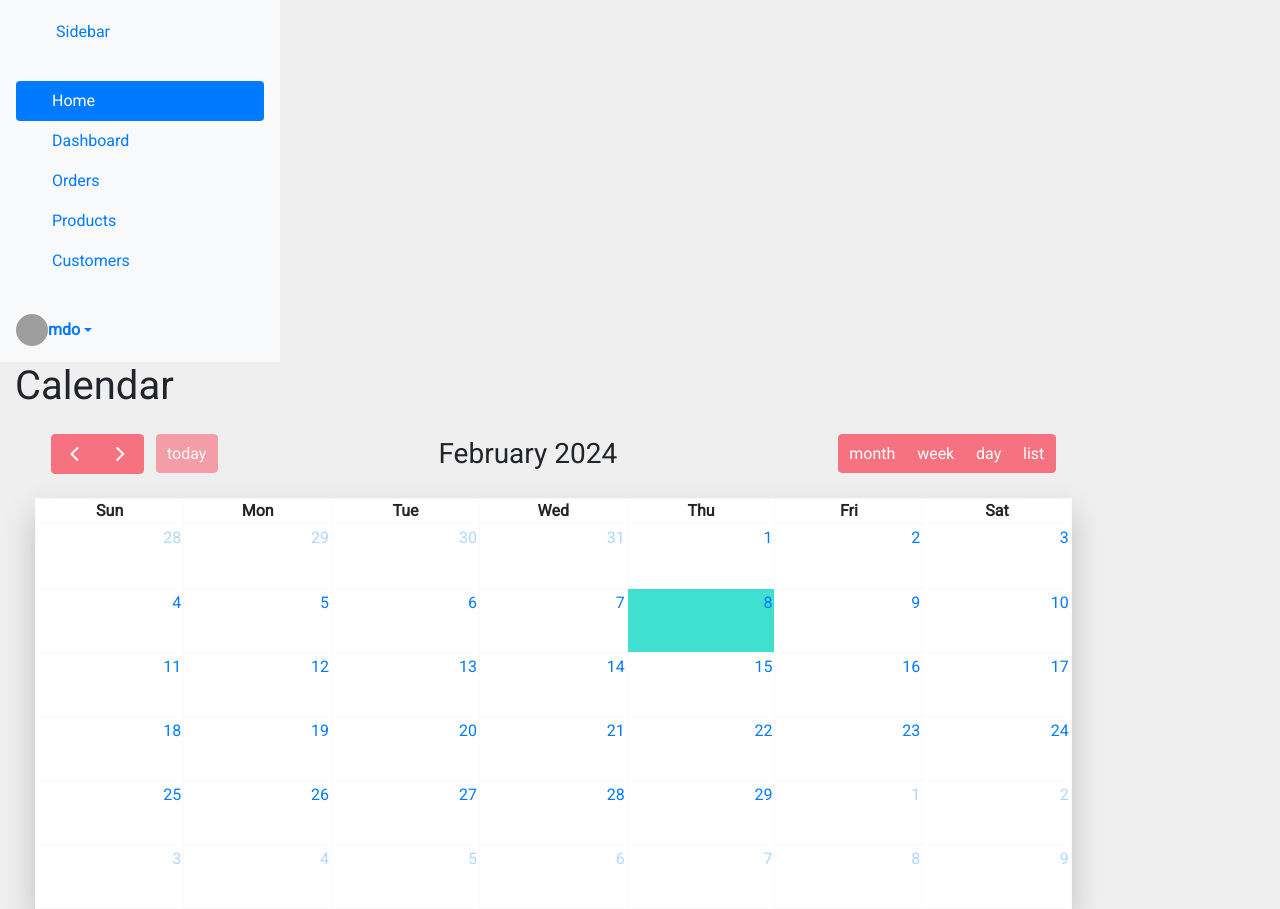
Repository: marios-petrov/NuPath
Page: softwareengineering1/calendarapp/templates/dataTest.html
The author's editor kept a copy of each file at every save. The page is drawn from the files as they stood at one save, then again after the next save.
The browser window is 1280 px wide. The pictures show the whole page.
Pictures or frames that could not be fetched are drawn as grey boxes. The template is drawn by Django 5.2. The application's start-up code is not run. The template is opened directly, without the code that normally fills it, so the values that code supplies are empty.

Above is the page before, as saved 2024-02-21 19:37:49.

After the next save:
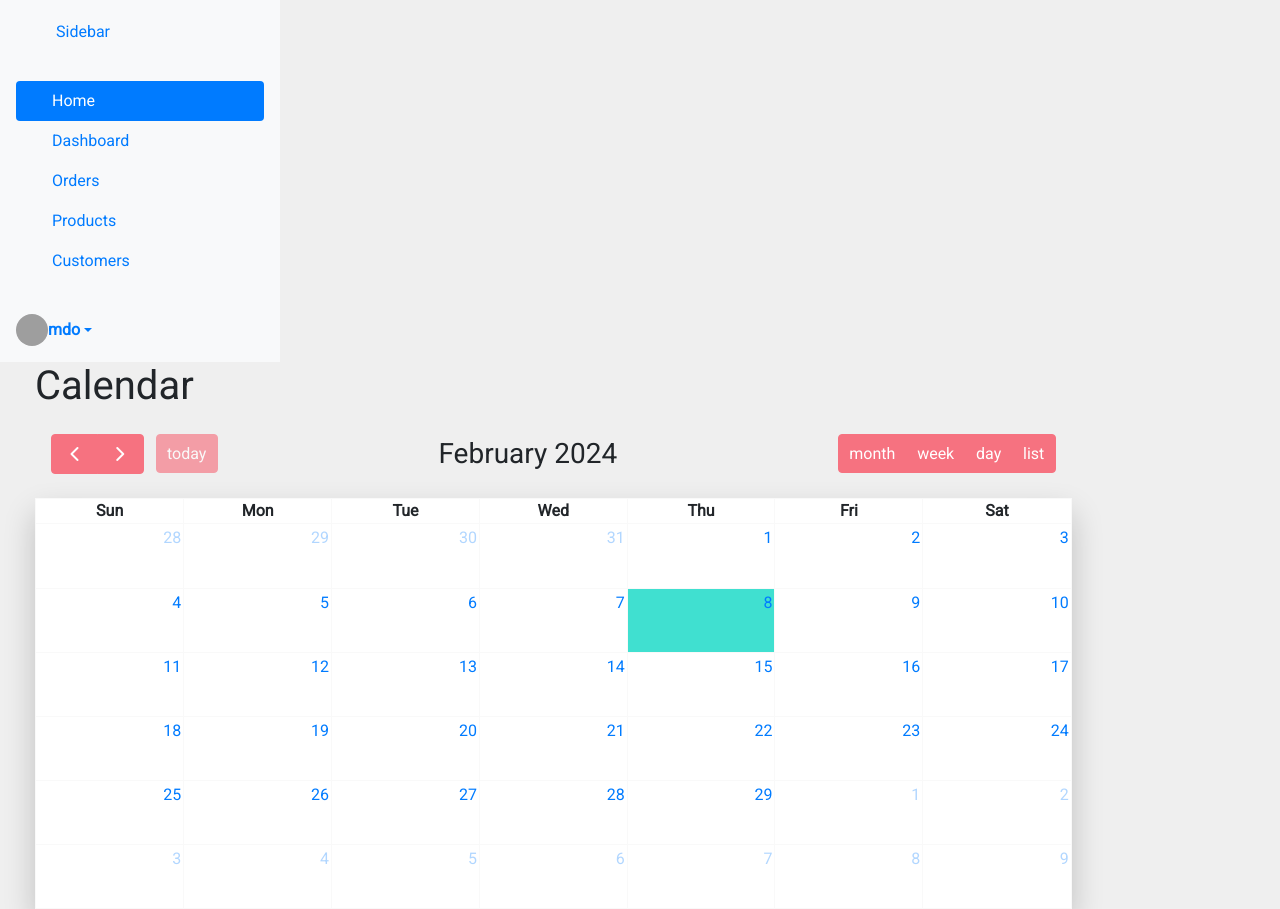
Saved 36 s later.
--- a/softwareengineering1/calendarapp/templates/dataTest.html
+++ b/softwareengineering1/calendarapp/templates/dataTest.html
@@ -5,11 +5,9 @@
 
 {% block content %}
 {%load static %}
-<div class='col-10'>
-    <h1>Calendar</h1>
-</div>
 
 <div id='calendar-container' class='col-10'>
+    <h1>Calendar</h1>
     <div id='calendar'></div>
 </div>
 
